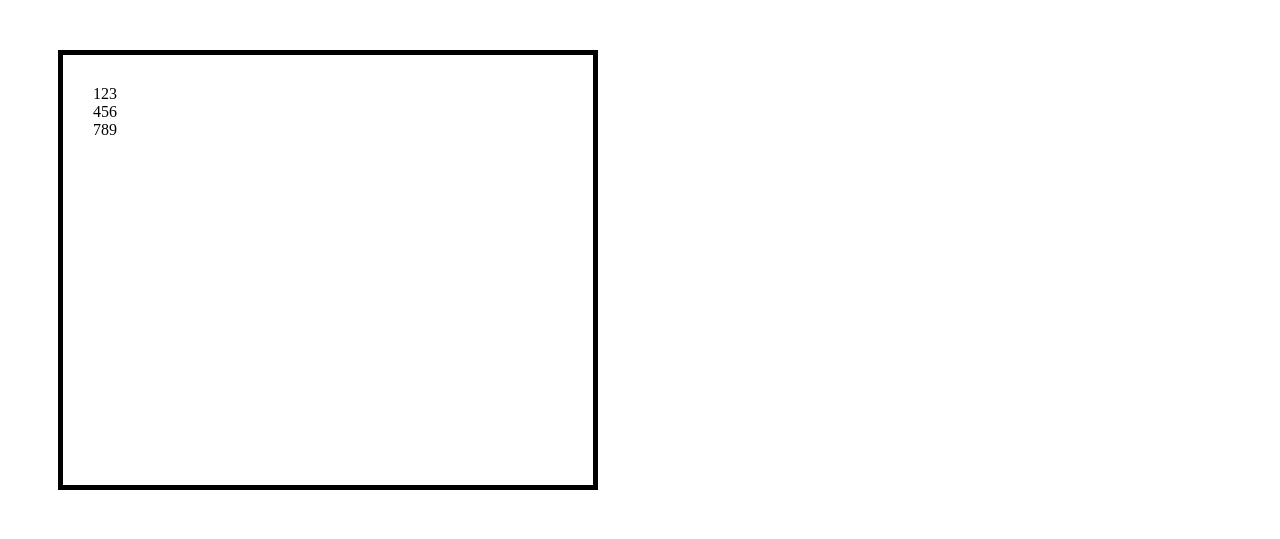
Repository: sangah-park98/jsp-class
Page: k20230508_1_css/src/main/webapp/28_요소정렬6.html
An editor plug-in stored every save of this project. The page is shown before and after the next save, followed by the edit.
The browser window is 1280 px wide. The pictures show the whole page.

Above is the page before, as saved 2023-05-09 08:47:11.

After the next save:
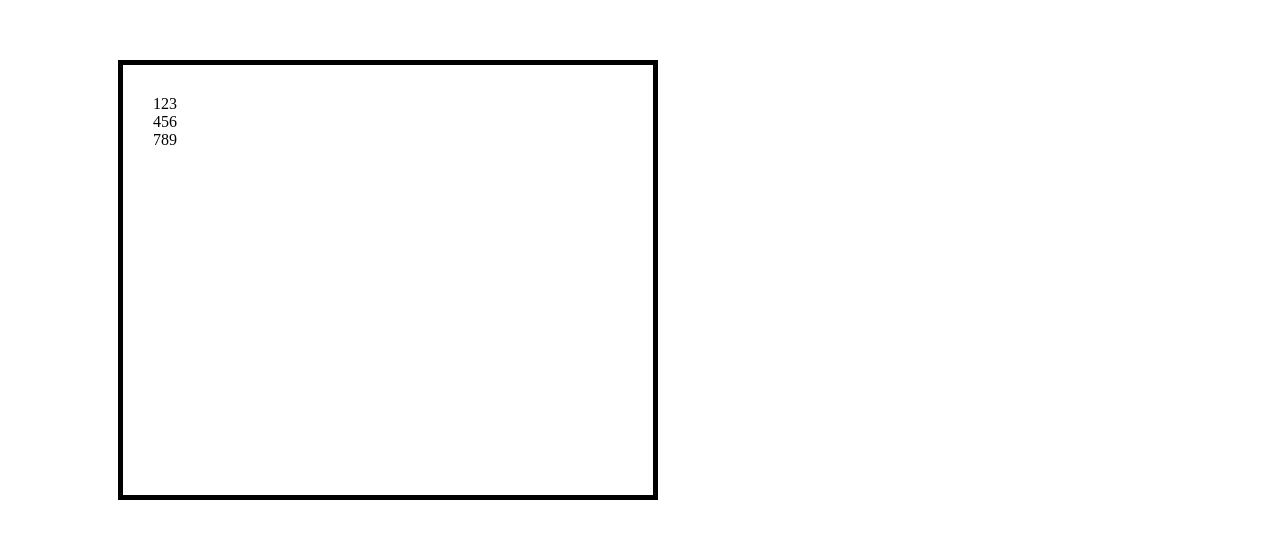
Saved 84 s later.
--- a/k20230508_1_css/src/main/webapp/28_요소정렬6.html
+++ b/k20230508_1_css/src/main/webapp/28_요소정렬6.html
@@ -12,9 +12,10 @@
 		margin: 10px;
 		padding: 30px 100px 100px 30px;
 
+		/* 위치상의 부모는 position 속성이 지정돼야 한다. 단, static은 제외한다. */
 		position: relative;
-		top: 40px;
-		left: 40px;
+		top: 50px;
+		left: 100px;
 	}
 
 </style>
